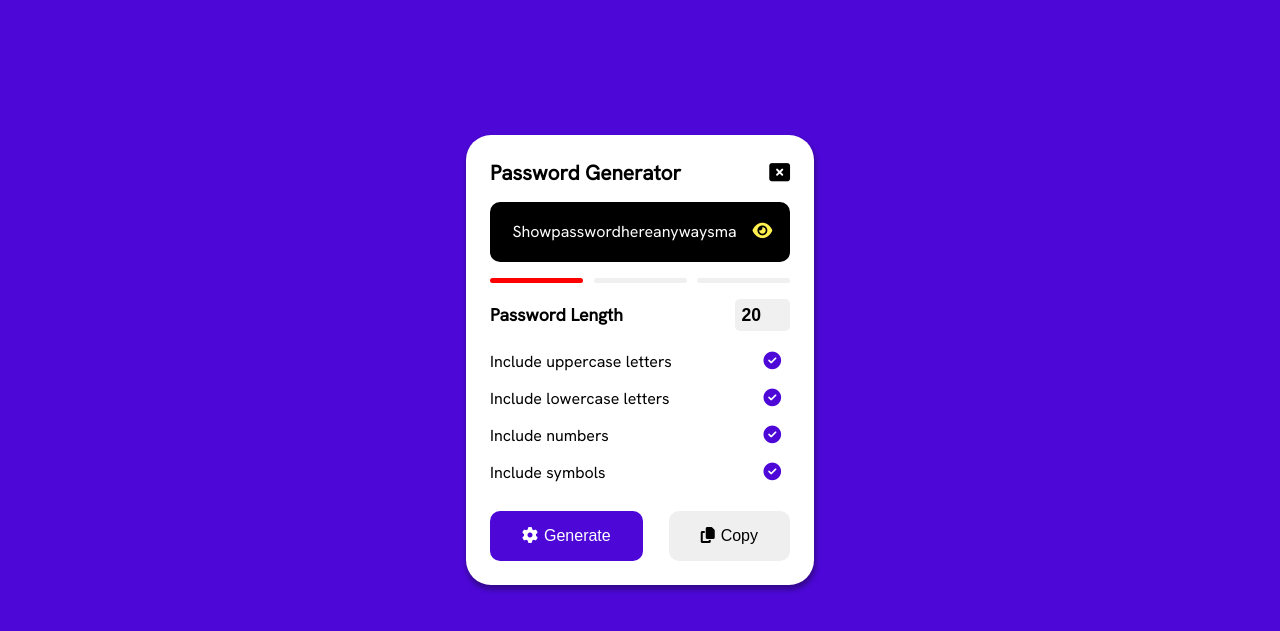
Repository: emiliaiwu/password_generator
Page: index.html
An editor plug-in stored every save of this project. The page is shown before and after the next save, followed by the edit.
The browser window is 1280 px wide. The pictures show the whole page.
Some web libraries are served in a nearby version.

Above is the page before, as saved 2022-12-15 20:10:10.

After the next save:
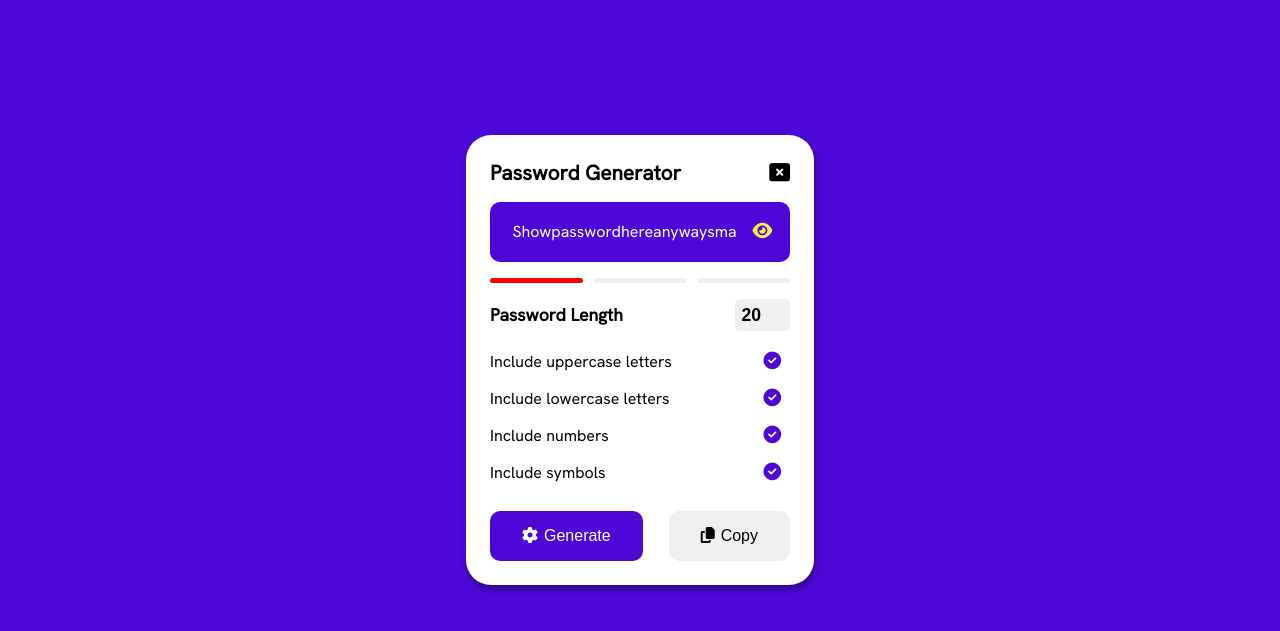
Saved 54 s later.
--- a/style.css
+++ b/style.css
@@ -79,7 +79,7 @@
     padding: 1.2rem 1.1rem 1.2rem 1.4rem;
     width: 300px;
     border-radius: 10px;
-    background: var(--BG-COLOR2);
+    background: var(--BG-COLOR3);
     color: var(--FONT-COLOR2);
     overflow: hidden;
     text-align: center;

After the save that followed:
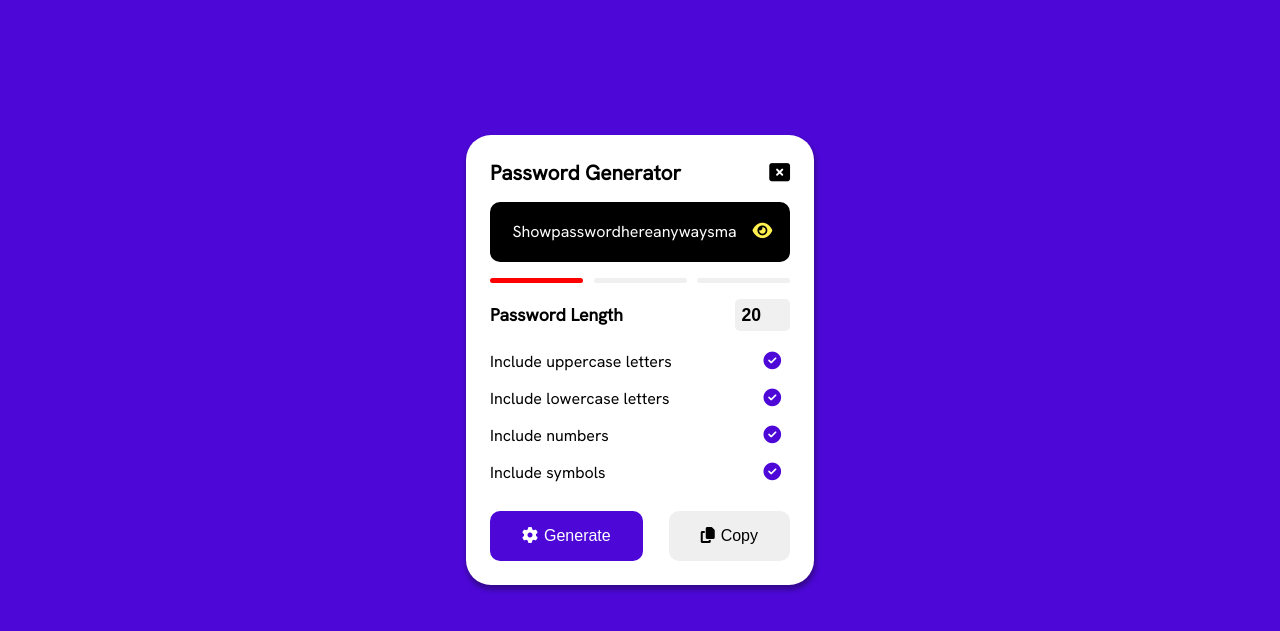
Saved 15 s later.
--- a/style.css
+++ b/style.css
@@ -79,7 +79,7 @@
     padding: 1.2rem 1.1rem 1.2rem 1.4rem;
     width: 300px;
     border-radius: 10px;
-    background: var(--BG-COLOR3);
+    background: var(--BG-COLOR2);
     color: var(--FONT-COLOR2);
     overflow: hidden;
     text-align: center;
